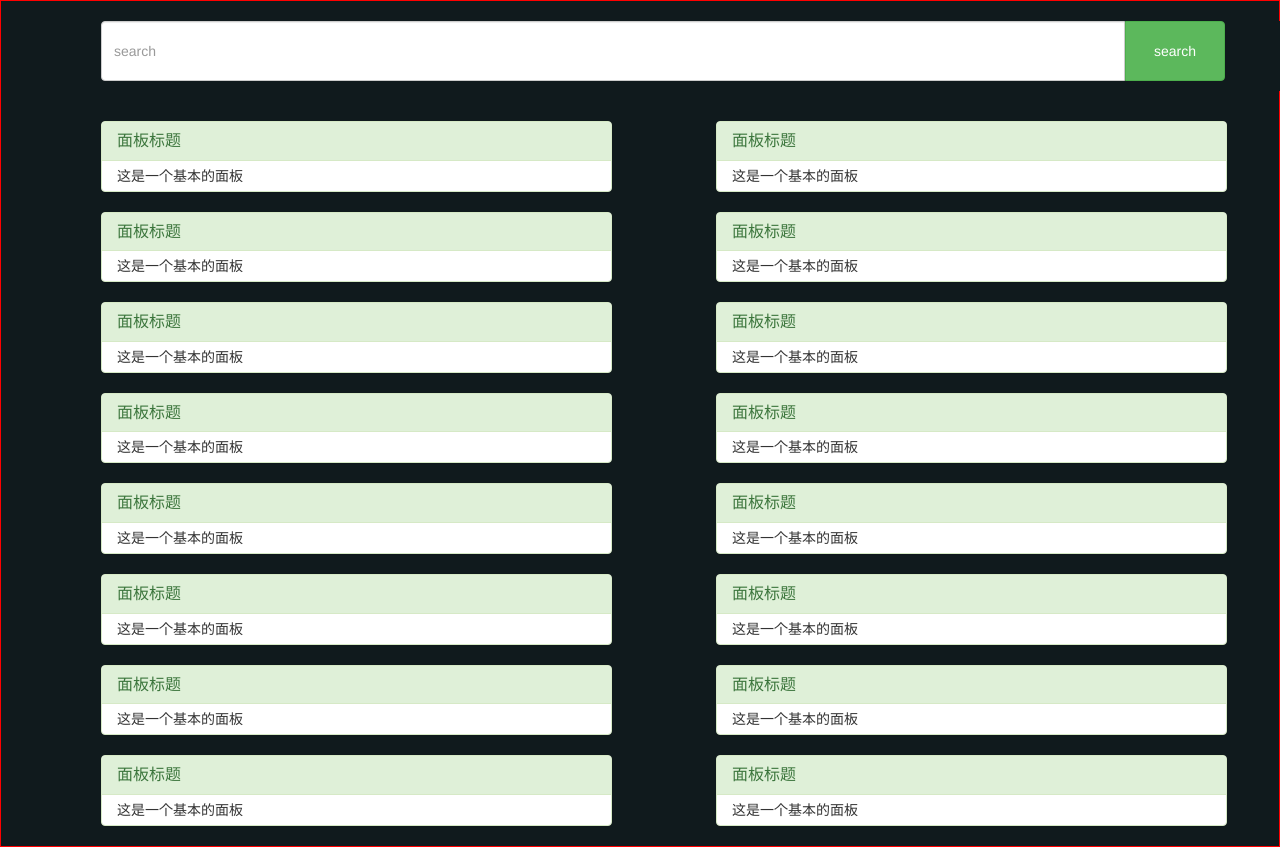
Repository: Tuzijing/Battlefield
Page: http://localhost/static/views/fram/fram.php
An editor plug-in stored every save of this project. The page is shown before and after the next save, followed by the edit.
The browser window is 1280 px wide. The pictures show the whole page.
The page is run by PHP 8.4 with error messages shown; the project is at /var/www/html/.

Above is the page before, as saved 2018-07-15 16:02:54.

After the next save:
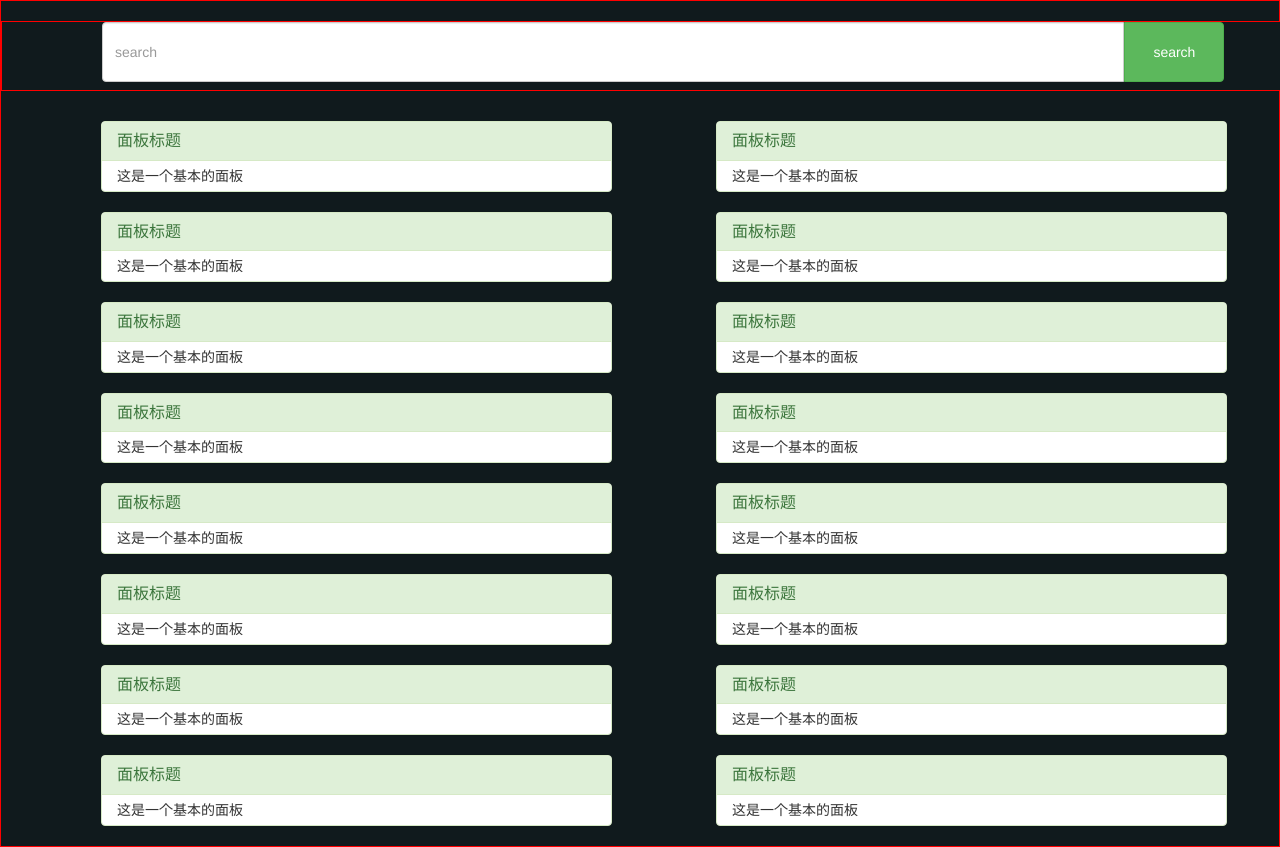
Saved 4 s later.
--- a/BattlefieldWebP/static/common/css/fram/fram.css
+++ b/BattlefieldWebP/static/common/css/fram/fram.css
@@ -27,7 +27,7 @@
 /*设置一个遮罩*/
 #mask{
 
-	border: 1px solid red
+	border: 1px solid red;
 	margin-top:0px;
 	width: 100%;
 	height: 70px;
